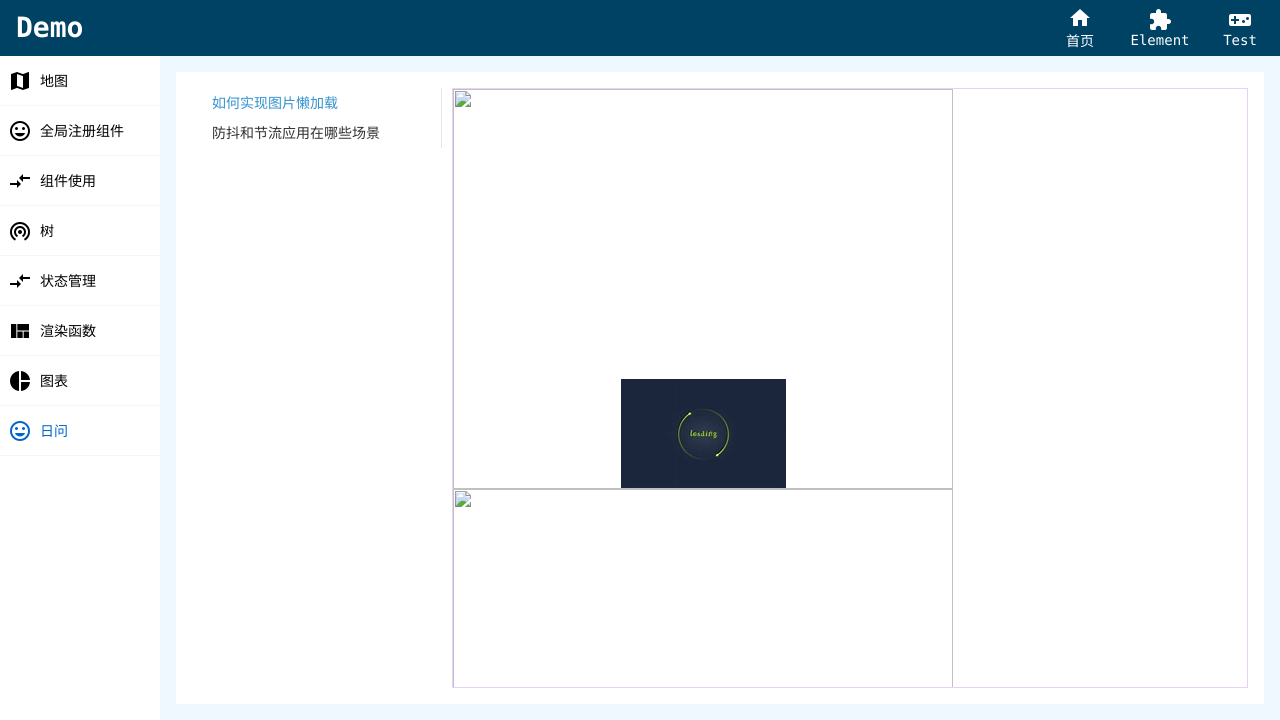
Repository: zh-webliker/element-vue
Page: /lazyLoadingInmg
An editor plug-in stored every save of this project. The page is shown before and after the next save, followed by the edit.
The browser window is 1280 px wide. The pictures show the whole page.
An inner scrolling area shows only its first screen. The project was rebuilt for these pictures with package versions that can differ from the ones it lists, and the page was loaded fresh each time. Also part of the build but not shown: vue.config.js, src/components/baseComponts/Basebutton.vue, src/components/baseComponts/Basetitle.vue. Imported but missing from the stored project, and not drawn on this page: src/json/contour, src/json/hl.

Above is the page before, as saved 2020-10-09 17:24:27.

After the next save:
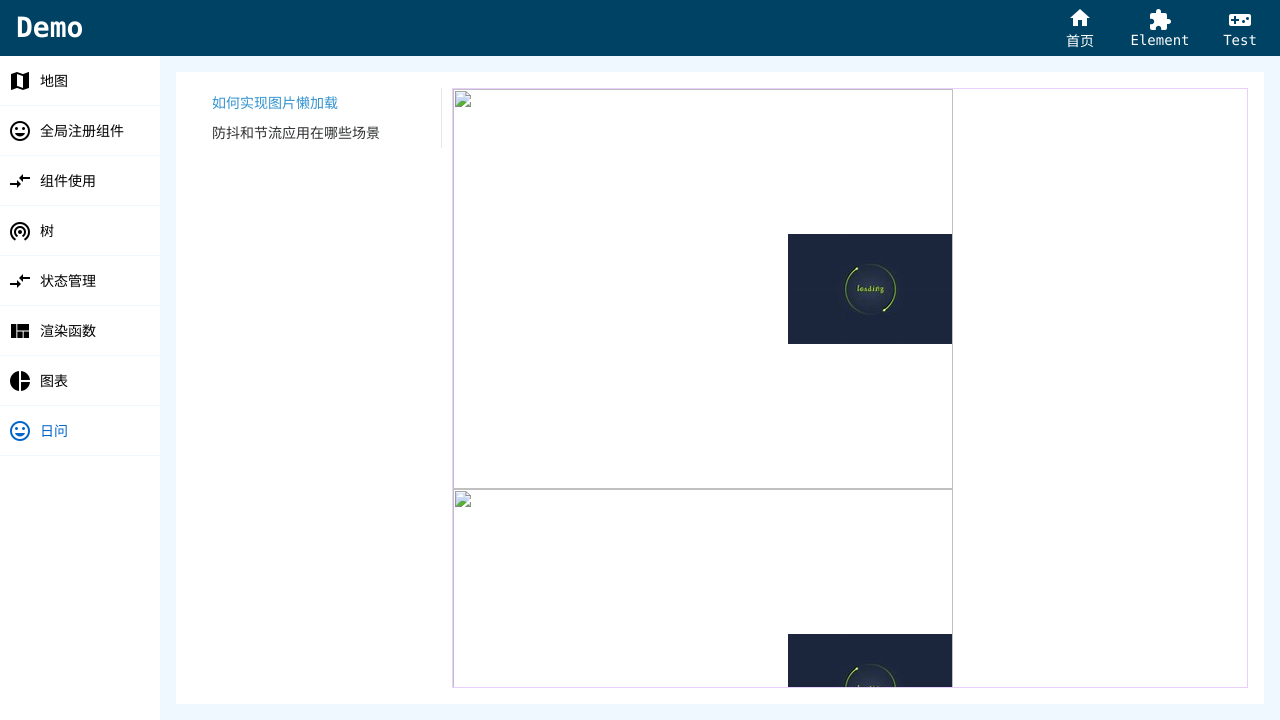
Saved 6 s later.
--- a/src/components/dailyQuestion/lazyLoadingInmg.vue
+++ b/src/components/dailyQuestion/lazyLoadingInmg.vue
@@ -56,7 +56,7 @@ export default {
   .father {
     height: 2400px;
     .lazy-image {
-      background: url('../../assets/photos/th.jpg') no-repeat center 100%;
+      background: url('../../assets/photos/th.jpg') no-repeat 100%;
     }
   }
   .imgbox {
